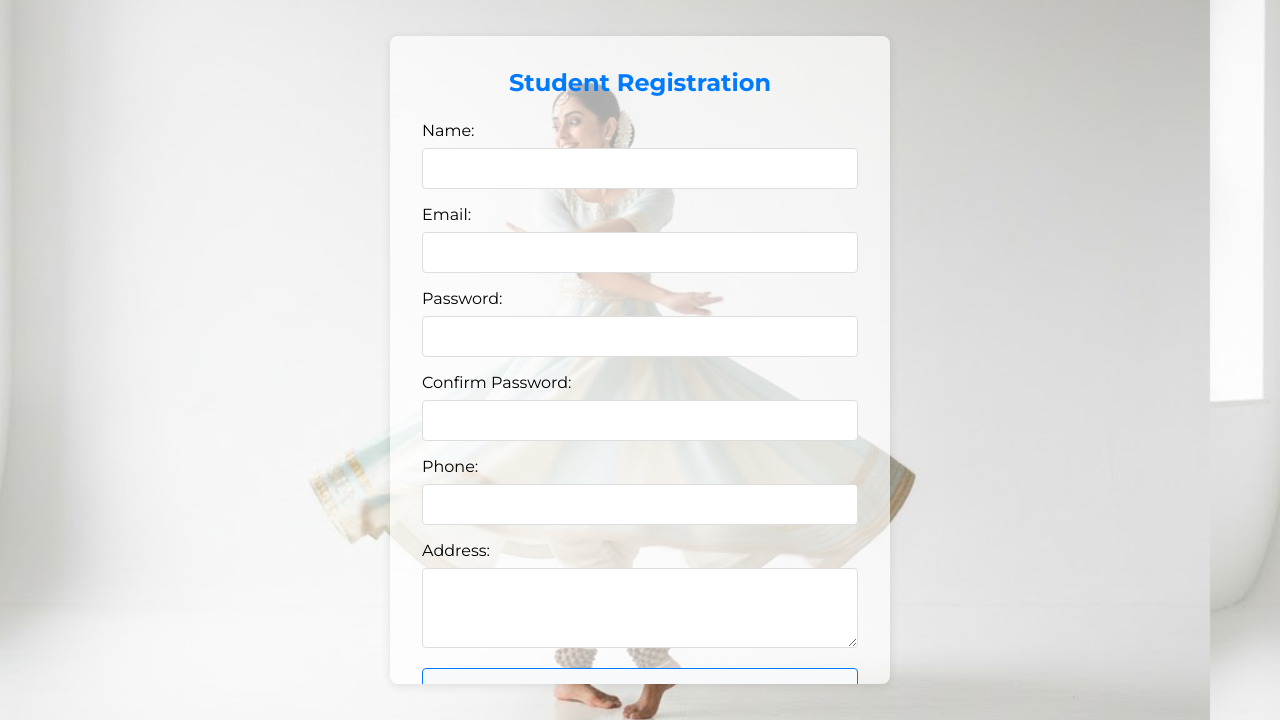
Repository: Priyadharshini-J-CSE/StepSync_Dance_Mangement_System
Page: /user-register (app in frontend/)
The author's editor kept a copy of each file at every save. The page is drawn from the files as they stood at one save, then again after a run of saves.
The browser window is 1280 px wide. The pictures show the whole page.
An inner scrolling area shows only its first screen. Some web fonts or font styles are not loaded; a fallback is used. Some web libraries are served in a nearby version. The project was rebuilt for these pictures with package versions that can differ from the ones it lists, and the page was loaded fresh each time. Also part of the build but not shown: frontend/src/index.css, frontend/src/pages/LandingPage.js, frontend/src/components/Alert.js, frontend/src/pages/UserLogin.js, frontend/src/pages/AdminLogin.js, frontend/src/pages/AdminRegister.js, frontend/src/pages/ForgotPassword.js, frontend/src/components/Navbar.js and 17 more.

Above is the page before, as saved 2025-12-18 10:50:21.

After the next 2 saves:
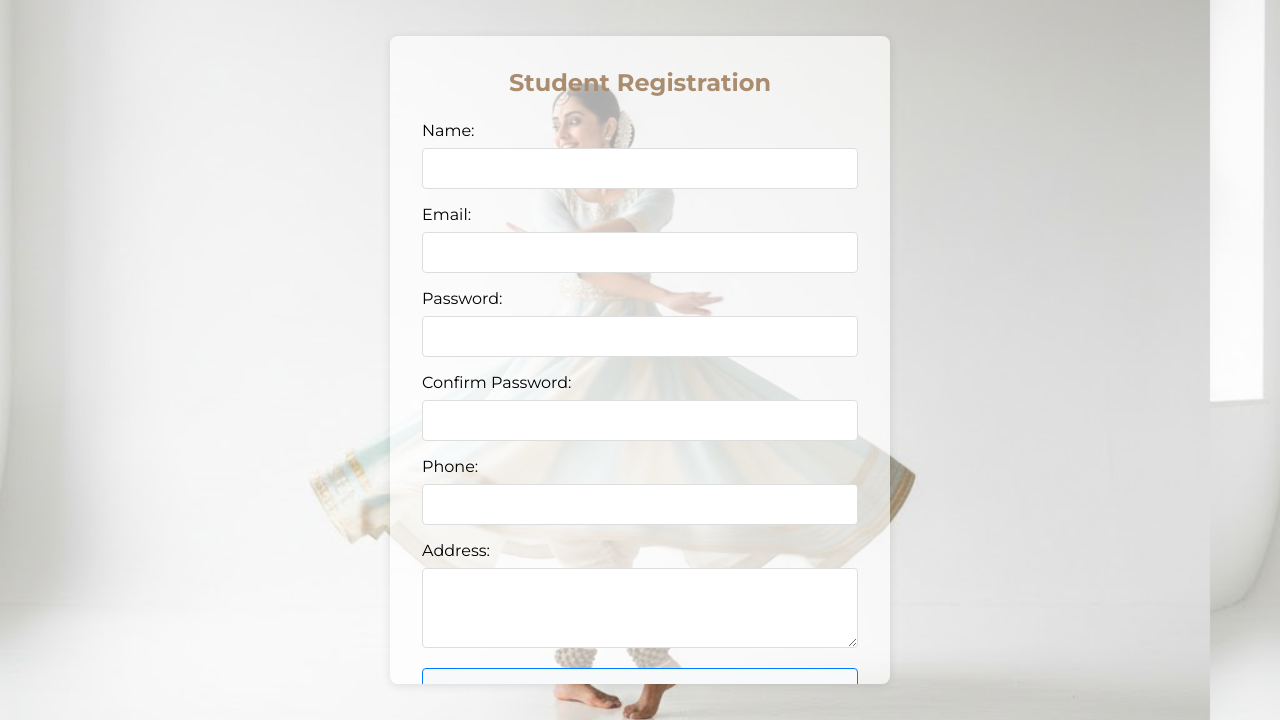
The 2 saves are shown as one change because 1 did not build or start.
The last was saved 30 s later.
--- a/frontend/src/pages/UserRegister.js
+++ b/frontend/src/pages/UserRegister.js
@@ -77,7 +77,7 @@ const UserRegister = () => {
         maxHeight: '90vh',
         overflowY: 'auto'
       }}>
-        <h2 style={{ textAlign: 'center', marginBottom: '1.5rem', color: '#007bff', }}>
+        <h2 style={{ textAlign: 'center', marginBottom: '1.5rem',   color: '#aa8d6f', }}>
           Student Registration
         </h2>
 
